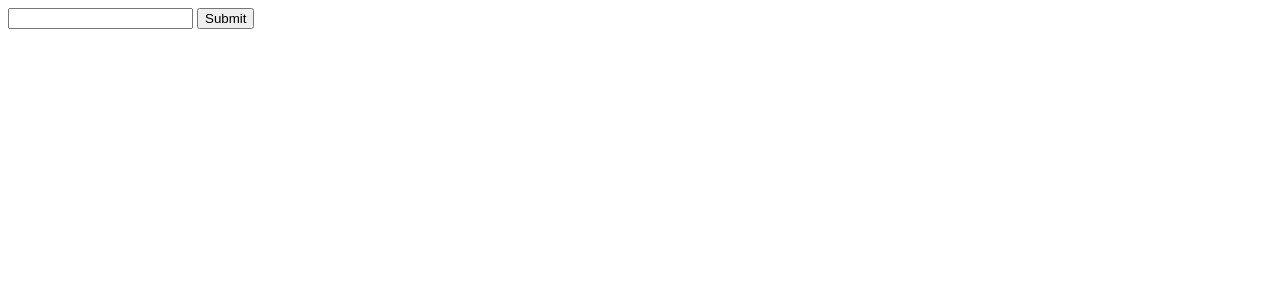
Repository: Duy-Phuong/JSP-SERVLET
Page: http://localhost/viettuts4-request/
These files come from the project's save history. The page is drawn as it stood at one moment and after the next save; the edit follows.
The browser window is 1280 px wide. The pictures show the whole page.
The page is served by Tomcat 9.

Above is the page before, as saved 2018-03-23 15:43:07.

After the next save:
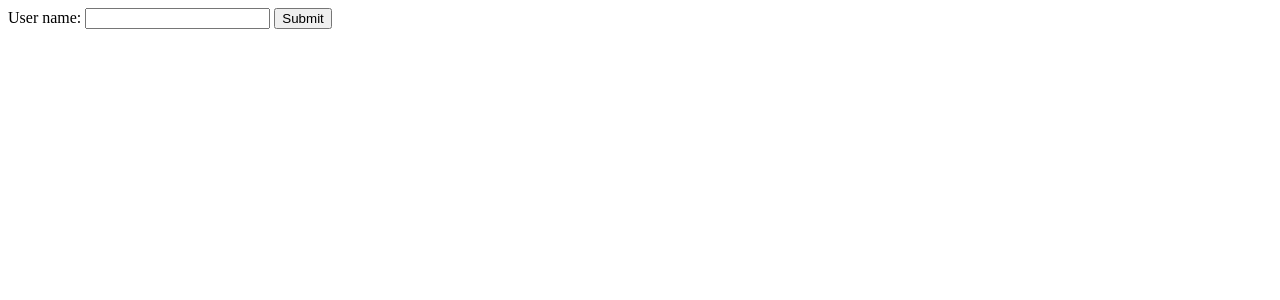
Saved 14 s later.
--- a/viettuts4-request/WebContent/index.jsp
+++ b/viettuts4-request/WebContent/index.jsp
@@ -8,6 +8,7 @@
 </head>
 <body>
 	<form action="index.jsp">
+	User name:
 		<input type="text" name="user"/>
 		<input type="submit" name="submit"/>
 	</form>
